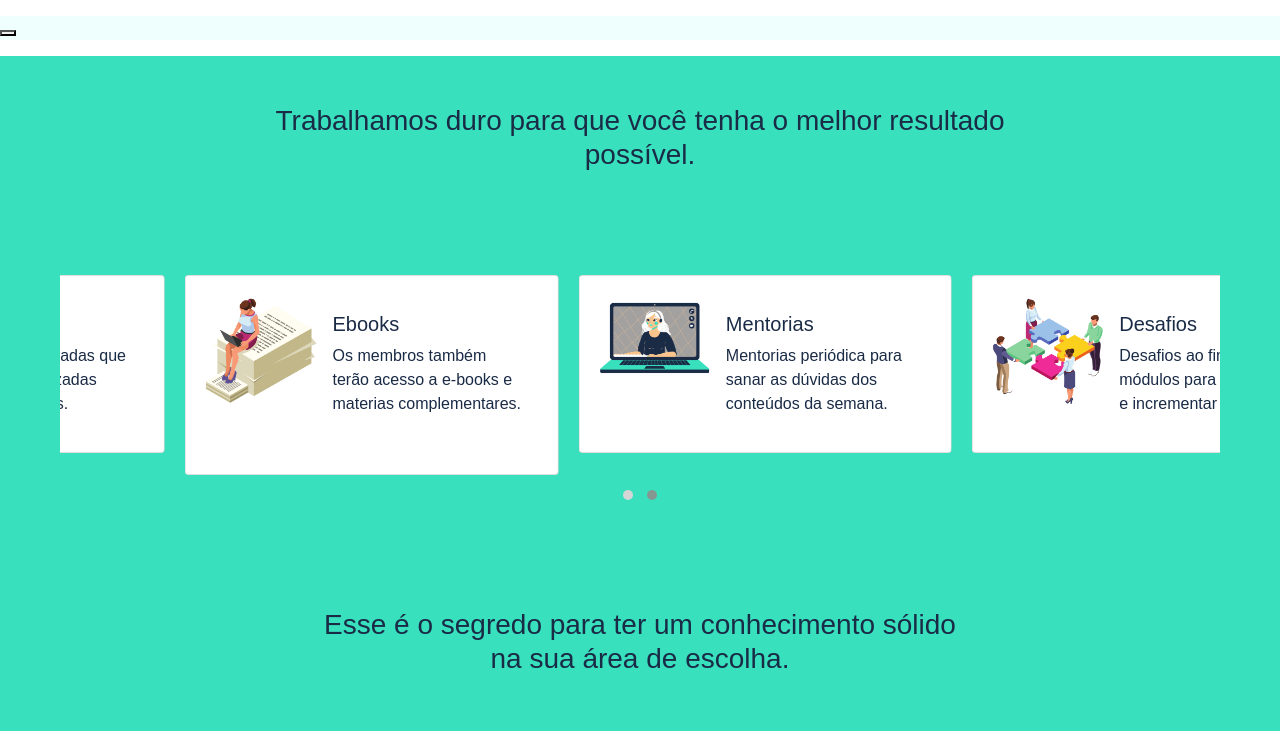
Repository: MarTech-Coders-Planejamento/site-oficial
Page: home.html
The author's editor kept a copy of each file at every save. The page is drawn from the files as they stood at one save, then again after the next save.
The browser window is 1280 px wide. The pictures show the whole page.
Some web fonts or font styles are not loaded; a fallback is used.

Above is the page before, as saved 2021-10-25 18:54:49.

After the next save:
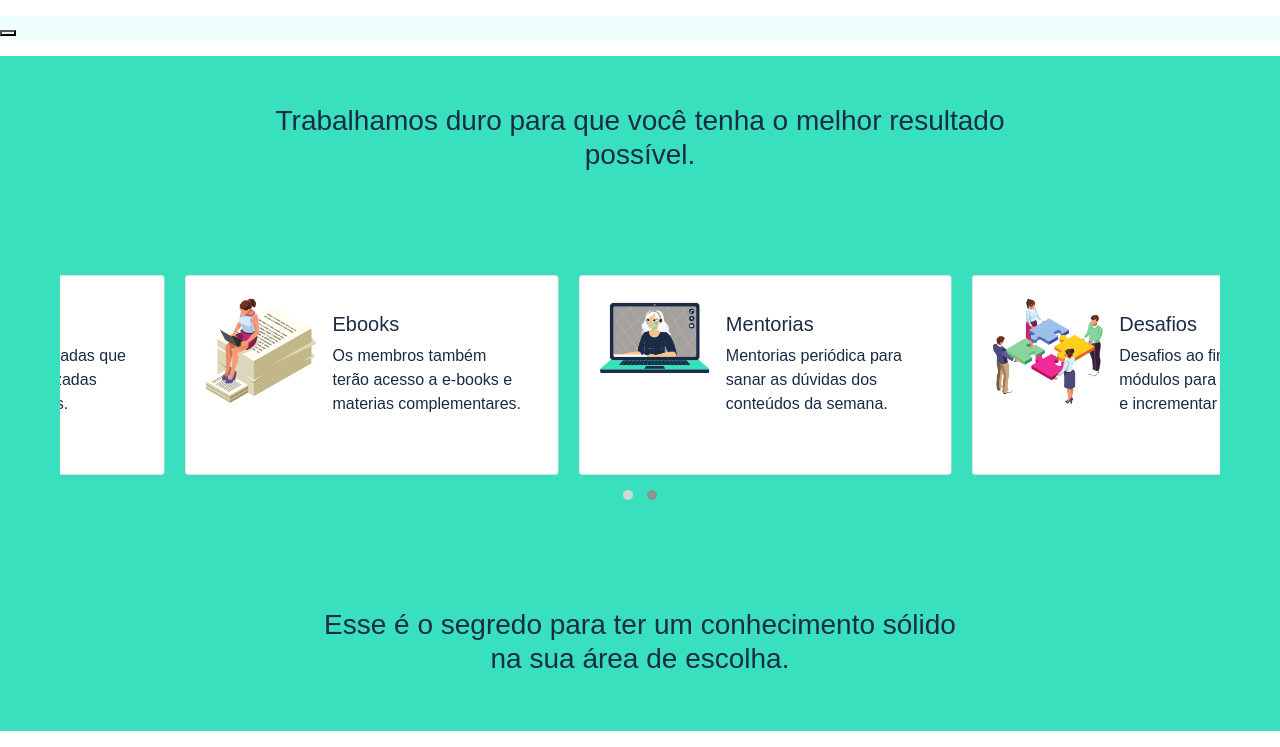
Saved 23 s later.
--- a/home.html
+++ b/home.html
@@ -80,7 +80,7 @@
             <div class="row p-5" style="max-width: 100vw; margin: 0;">
               <div class="col-12">
                 <div class="owl-carousel owl-theme">
-                  <div class="card" style="max-width: 540px; padding: 20px;">
+                  <div class="card" style="max-width: 540px; padding: 20px; min-height: 200px;">
                     <div class="row g-0">
                       <div class="col-md-4 align-middle">
                         <img src="/image/icon-video.png" class="img-fluid rounded-start" alt="...">
@@ -107,7 +107,7 @@
                       </div>
                     </div>
                   </div>
-                  <div class="card" style="max-width: 540px; padding: 20px;">
+                  <div class="card" style="max-width: 540px; padding: 20px; min-height: 200px;">
                     <div class="row g-0">
                       <div class="col-md-4 align-middle">
                         <img src="/image/icon-mentoria.png" class="img-fluid rounded-start" alt="...">
@@ -120,7 +120,7 @@
                       </div>
                     </div>
                   </div>
-                  <div class="card" style="max-width: 540px; padding: 20px;">
+                  <div class="card" style="max-width: 540px; padding: 20px; min-height: 200px;">
                     <div class="row g-0">
                       <div class="col-md-4 align-middle">
                         <img src="/image/icon-desafio.png" class="img-fluid rounded-start" alt="...">
